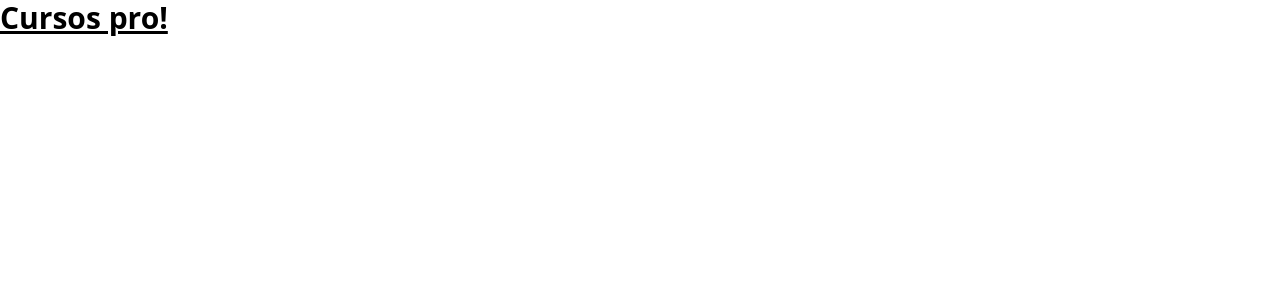
Repository: yamaka/proyecto-cursos-react
Page: /
An editor plug-in stored every save of this project. The page is shown before and after the next save, followed by the edit.
The browser window is 1280 px wide. The pictures show the whole page.
The page's requests for data from a server got no answer. The project was rebuilt for these pictures with package versions that can differ from the ones it lists, and the page was loaded fresh each time. No one was signed in, and anything a server would have sent is missing. Also part of the build but not shown: src/App.css.

Above is the page before, as saved 2022-03-02 20:03:54.

After the next save:
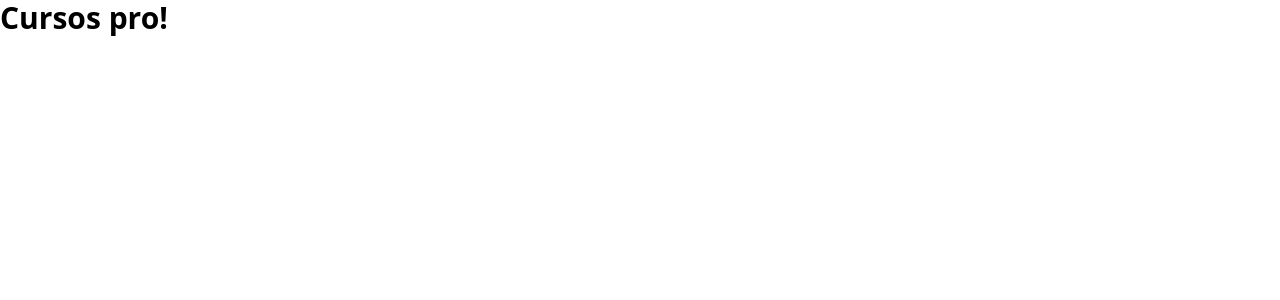
Saved 20 s later.
--- a/src/components/Cursos/Cursos.js
+++ b/src/components/Cursos/Cursos.js
@@ -16,7 +16,7 @@ const Cursos = () => {
       });
   }, []);
 
-  return <h1 className="text-3xl font-bold underline">Cursos pro!</h1>;
+  return <h1 className="text-3xl font-bold">Cursos pro!</h1>;
 };
 
 export default Cursos;
